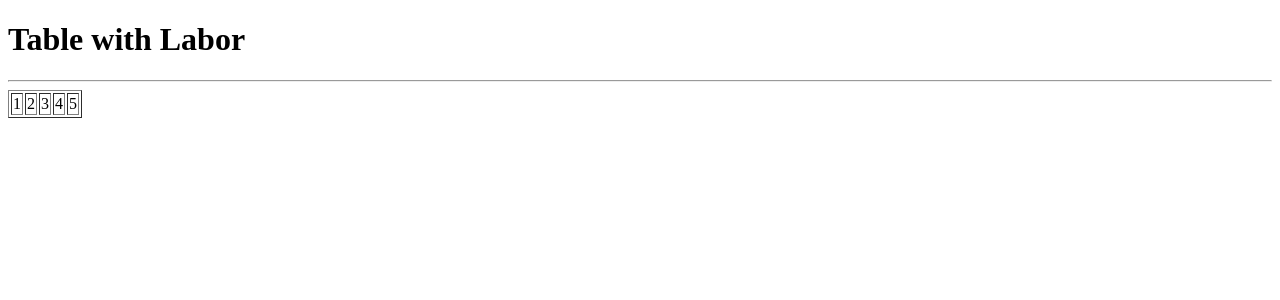
Repository: zxcvne/1400_web_nhs
Page: http://localhost/web/04_script_test.jsp
The author's editor kept a copy of each file at every save. The page is drawn from the files as they stood at one save, then again after the next save.
The browser window is 1280 px wide. The pictures show the whole page.
The page is served by Tomcat 10. Other server files are loaded and not shown.

Above is the page before, as saved 2025-10-25 08:26:01.

### 05_jsp/src/web/src/main/webapp/04_script_test.jsp
<%@ page language="java" contentType="text/html; charset=UTF-8"
    pageEncoding="UTF-8"%>
<!DOCTYPE html>
<html>
<head>
<meta charset="UTF-8">
<title>Script Tag</title>
</head>
<body>
	<h1>Table with Labor</h1>
	<hr>
	<table border="1">
		<tr>
		<td>1</td>
		<td>2</td>
		<td>3</td>
		<td>4</td>
		<td>5</td>
		</tr>
	</table>
</body>
</html>

After the next save:
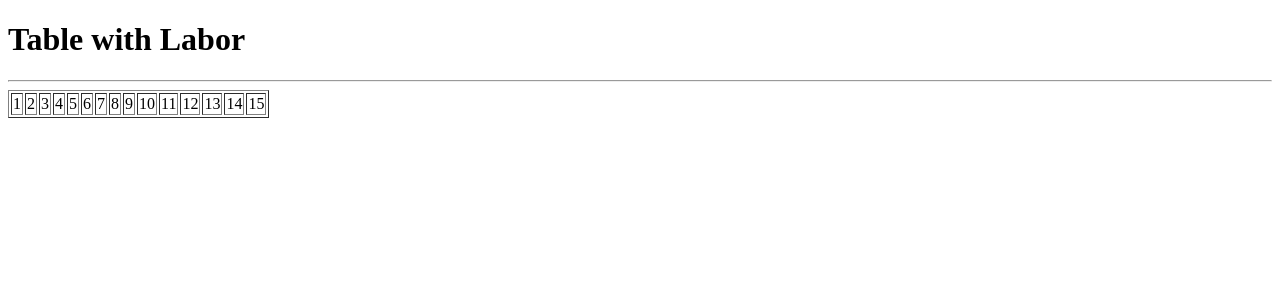
Saved 29 s later.
--- a/05_jsp/src/web/src/main/webapp/04_script_test.jsp
+++ b/05_jsp/src/web/src/main/webapp/04_script_test.jsp
@@ -16,6 +16,16 @@
 		<td>3</td>
 		<td>4</td>
 		<td>5</td>
+		<td>6</td>
+		<td>7</td>
+		<td>8</td>
+		<td>9</td>
+		<td>10</td>
+		<td>11</td>
+		<td>12</td>
+		<td>13</td>
+		<td>14</td>
+		<td>15</td>
 		</tr>
 	</table>
 </body>
